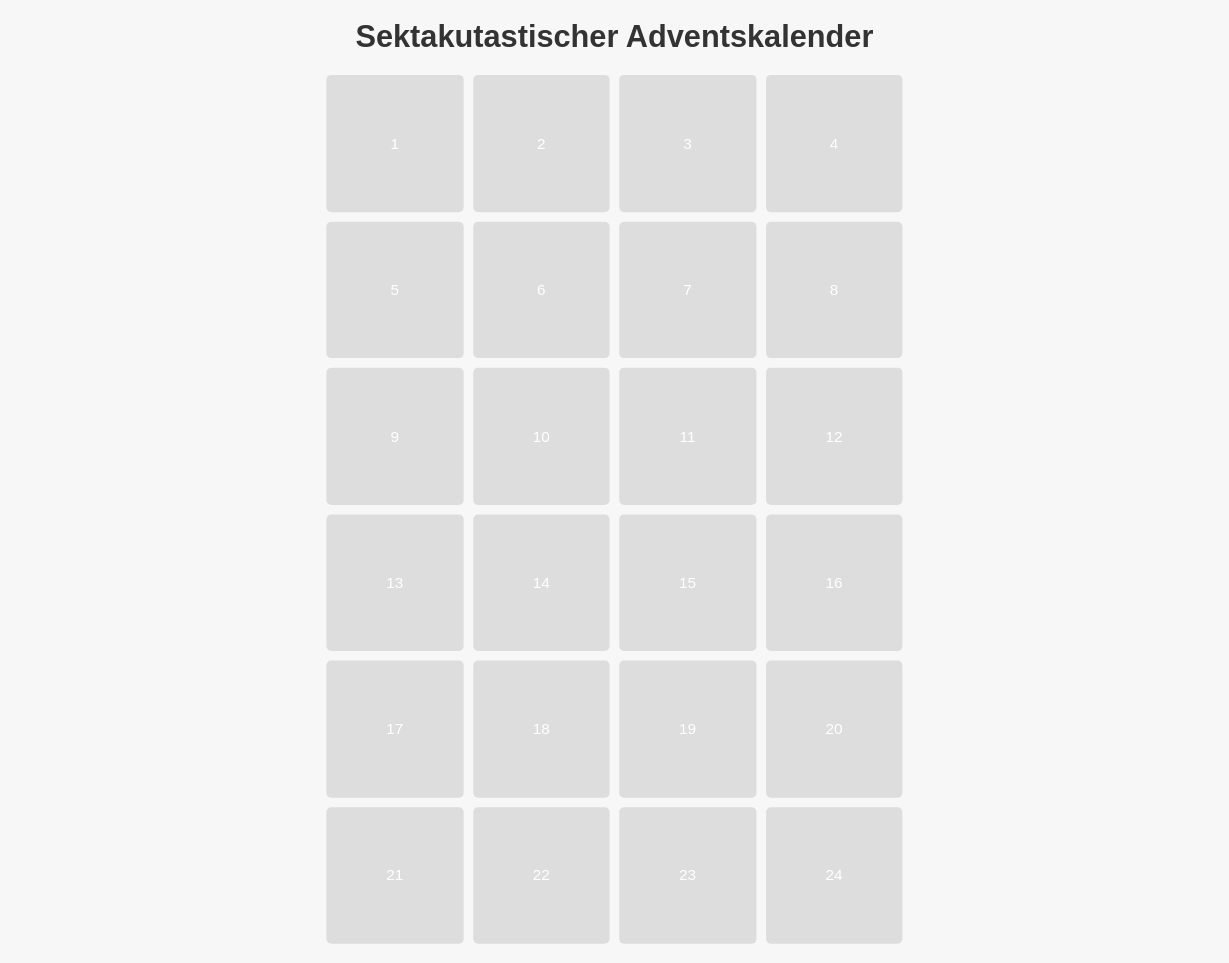
Repository: vickykey02/Adventskalender
Page: index.html
The author's editor kept a copy of each file at every save. The page is drawn from the files as they stood at one save, then again after the next save.
The browser window is 1280 px wide. The pictures show the whole page, at 96% of full size.

Above is the page before, as saved 2024-11-27 00:59:56.

After the next save:
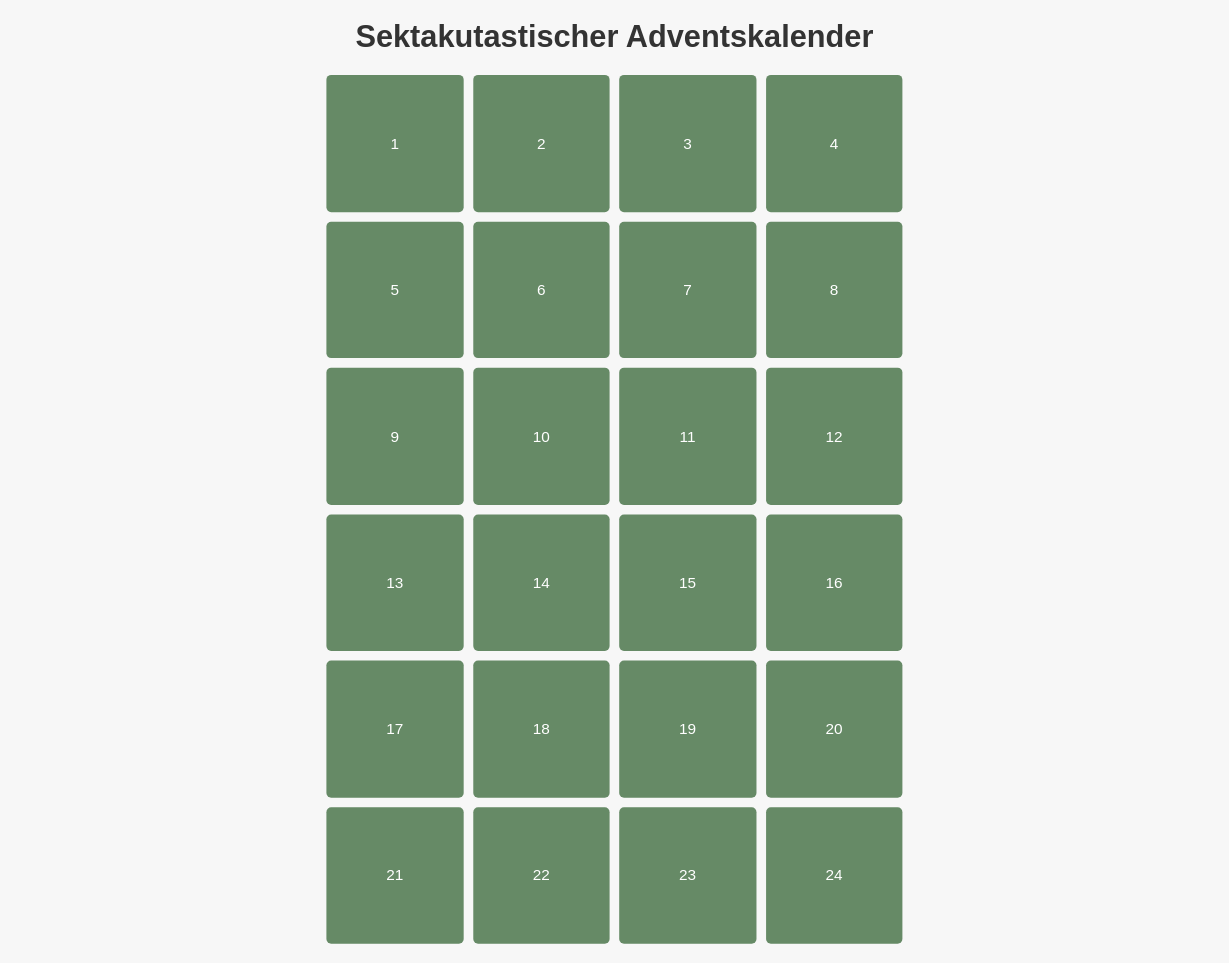
Saved 16 h 10 min later.
--- a/app.js
+++ b/app.js
@@ -4,54 +4,53 @@ const today = new Date().toISOString().split('T')[0]; // Heutiges Datum im Forma
 
 // Inhalte für die Tage
 const days = {
-    "2024-10-31": "C:/Users/vicky/Documents/Projekte/Adventskalender/assets/Tag1.png",
-	"2024-12-01": "C:/Users/vicky/Documents/Projekte/Adventskalender/assets/Tag2.png",
-	"2024-12-02": "C:/Users/vicky/Documents/Projekte/Adventskalender/assets/Tag3.png",
-	"2024-12-03": "C:/Users/vicky/Documents/Projekte/Adventskalender/assets/Tag4.png",
-	"2024-12-04": "C:/Users/vicky/Documents/Projekte/Adventskalender/assets/Tag5.png",
-	"2024-12-05": "C:/Users/vicky/Documents/Projekte/Adventskalender/assets/Tag6.png",
-	"2024-12-06": "C:/Users/vicky/Documents/Projekte/Adventskalender/assets/Tag7.png",
-	"2024-12-07": "C:/Users/vicky/Documents/Projekte/Adventskalender/assets/Tag8.png",
-	"2024-12-08": "C:/Users/vicky/Documents/Projekte/Adventskalender/assets/Tag9.png",
-	"2024-12-09": "C:/Users/vicky/Documents/Projekte/Adventskalender/assets/Tag10.png",
-	"2024-12-10": "C:/Users/vicky/Documents/Projekte/Adventskalender/assets/Tag11.png",
-	"2024-12-11": "C:/Users/vicky/Documents/Projekte/Adventskalender/assets/Tag12.png",
-	"2024-12-12": "C:/Users/vicky/Documents/Projekte/Adventskalender/assets/Tag13.png",
-    "2024-12-13": "C:/Users/vicky/Documents/Projekte/Adventskalender/assets/Tag14.png",
-	"2024-12-14": "C:/Users/vicky/Documents/Projekte/Adventskalender/assets/Tag15.png",
-	"2024-12-15": "C:/Users/vicky/Documents/Projekte/Adventskalender/assets/Tag16.png",
-	"2024-12-16": "C:/Users/vicky/Documents/Projekte/Adventskalender/assets/Tag17.png",
-	"2024-12-17": "C:/Users/vicky/Documents/Projekte/Adventskalender/assets/Tag18.png",
-	"2024-12-18": "C:/Users/vicky/Documents/Projekte/Adventskalender/assets/Tag19.png",
-	"2024-12-19": "C:/Users/vicky/Documents/Projekte/Adventskalender/assets/Tag20.png",
-	"2024-12-20": "C:/Users/vicky/Documents/Projekte/Adventskalender/assets/Tag21.png",
-	"2024-12-21": "C:/Users/vicky/Documents/Projekte/Adventskalender/assets/Tag22.png",
-	"2024-12-22": "C:/Users/vicky/Documents/Projekte/Adventskalender/assets/Tag23.png",
-	"2024-12-23": "C:/Users/vicky/Documents/Projekte/Adventskalender/assets/Tag24.png",
+    "2024-11-01": "https://github.com/vickykey02/Adventskalender/raw/main/assets/Tag1.png",
+	"2024-11-02": "C:/Users/vicky/Documents/Projekte/Adventskalender/assets/Tag2.png",
+	"2024-11-03": "C:/Users/vicky/Documents/Projekte/Adventskalender/assets/Tag3.png",
+	"2024-11-04": "C:/Users/vicky/Documents/Projekte/Adventskalender/assets/Tag4.png",
+	"2024-11-05": "C:/Users/vicky/Documents/Projekte/Adventskalender/assets/Tag5.png",
+	"2024-11-06": "C:/Users/vicky/Documents/Projekte/Adventskalender/assets/Tag6.png",
+	"2024-11-07": "C:/Users/vicky/Documents/Projekte/Adventskalender/assets/Tag7.png",
+	"2024-11-08": "C:/Users/vicky/Documents/Projekte/Adventskalender/assets/Tag8.png",
+	"2024-11-09": "C:/Users/vicky/Documents/Projekte/Adventskalender/assets/Tag9.png",
+	"2024-11-10": "C:/Users/vicky/Documents/Projekte/Adventskalender/assets/Tag10.png",
+	"2024-11-11": "C:/Users/vicky/Documents/Projekte/Adventskalender/assets/Tag11.png",
+	"2024-11-12": "C:/Users/vicky/Documents/Projekte/Adventskalender/assets/Tag12.png",
+	"2024-11-13": "C:/Users/vicky/Documents/Projekte/Adventskalender/assets/Tag13.png",
+    "2024-11-14": "https://github.com/vickykey02/Adventskalender/raw/main/assets/Tag14.png",
+	"2024-11-15": "C:/Users/vicky/Documents/Projekte/Adventskalender/assets/Tag15.png",
+	"2024-11-16": "C:/Users/vicky/Documents/Projekte/Adventskalender/assets/Tag16.png",
+	"2024-11-17": "C:/Users/vicky/Documents/Projekte/Adventskalender/assets/Tag17.png",
+	"2024-11-18": "C:/Users/vicky/Documents/Projekte/Adventskalender/assets/Tag18.png",
+	"2024-11-19": "C:/Users/vicky/Documents/Projekte/Adventskalender/assets/Tag19.png",
+	"2024-11-20": "C:/Users/vicky/Documents/Projekte/Adventskalender/assets/Tag20.png",
+	"2024-11-21": "C:/Users/vicky/Documents/Projekte/Adventskalender/assets/Tag21.png",
+	"2024-11-22": "C:/Users/vicky/Documents/Projekte/Adventskalender/assets/Tag22.png",
+	"2024-11-23": "C:/Users/vicky/Documents/Projekte/Adventskalender/assets/Tag23.png",
+	"2024-11-24": "C:/Users/vicky/Documents/Projekte/Adventskalender/assets/Tag24.png",
 
 };
 
-// Funktion: Türchen anzeigen
-for (let i = 1; i <= 24; i++) {
-	//const today = new Date().toISOString().split('T')[0];
-	const today = new Date().toLocaleDateString('en-CA'); // Format YYYY-MM-DD
+// Schleife durch die definierten Tage im 'days'-Objekt
+for (const dateString in days) {
+    const today = new Date().toLocaleDateString('en-CA'); // Format YYYY-MM-DD
     const day = document.createElement('div');
     day.classList.add('day');
-    const date = new Date(new Date().getFullYear(), 10, i); // i-tes Datum des Jahres
-    const dateString = date.toISOString().split('T')[0];
 
-    if (dateString in days) {
-        if (dateString <= today) {
-            day.classList.add('opened');
-            day.onclick = () => showContent(days[dateString]);
-        } else {
-            day.classList.add('locked');
-        }
+    const date = new Date(dateString); // Datum direkt aus 'dateString'
+    if (dateString <= today) {
+        day.classList.add('opened');
+        day.onclick = () => showContent(days[dateString]); // Inhalt anzeigen
+    } else {
+        day.classList.add('locked');
     }
 
+    // Setze die Anzeige für das Türchen (Tag des Monats)
     day.textContent = date.getDate();
     calendar.appendChild(day);
 }
+
+
 
 // Funktion: Inhalt anzeigen
 function showContent(content) {
